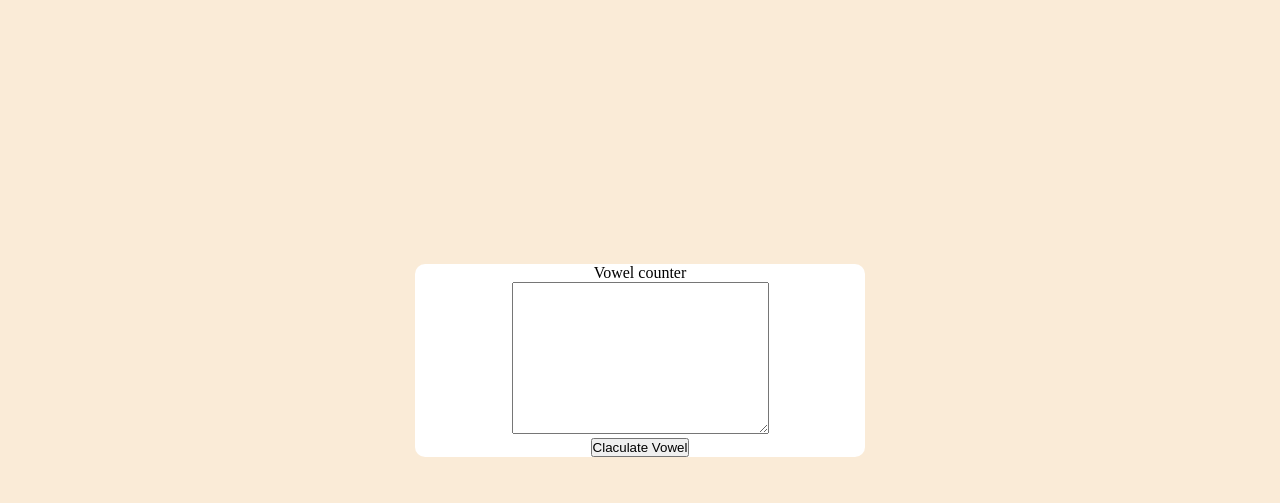
Repository: JunaidAnsari202/Vowel-counter
Page: index.html
An editor plug-in stored every save of this project. The page is shown before and after a run of saves, followed by the edit.
The browser window is 1280 px wide. The pictures show the whole page.

Above is the page before, as saved 2024-10-17 11:38:48.

After the next 4 saves:
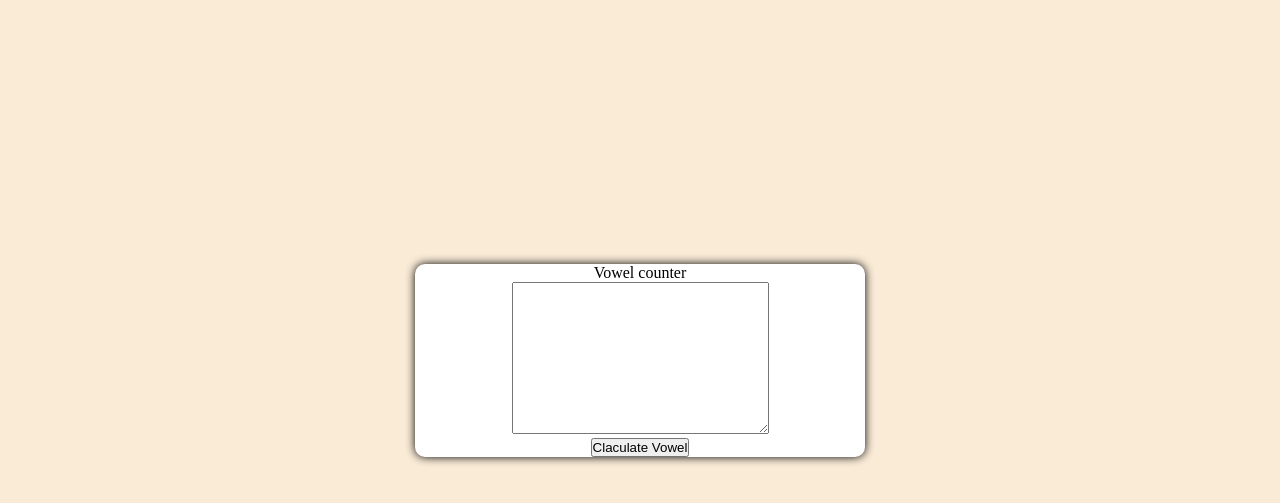
The 4 saves are shown as one change because they came seconds apart.
The last was saved 7 s later.
--- a/style.css
+++ b/style.css
@@ -18,5 +18,5 @@
     text-align: center;
     background-color: white;
     border-radius: 10px;
-    box-shadow: ;
+    box-shadow: 0 0 10px;
 }
